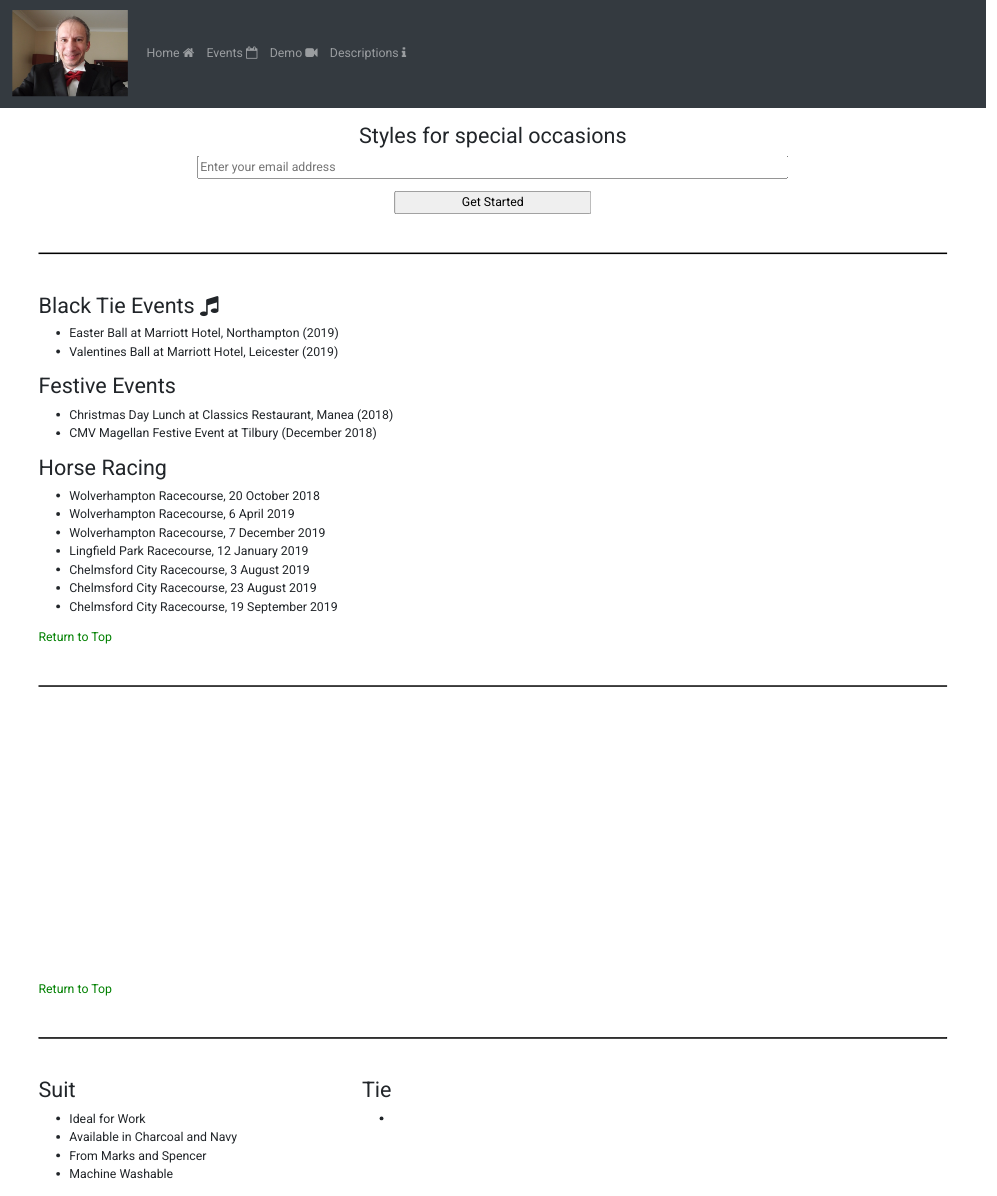
Repository: derektypist/product-landing-page
Page: index.html
The author's editor kept a record of every edit. The page is drawn from the files as they stood at one moment, then again after the next edit.
The browser window is 1280 px wide. The page is 1295 px wide, so the pictures cover 1295 px, including what lies to the right of the window. The pictures show the whole page, at 77% of full size.
Pictures or frames that could not be fetched are drawn as grey boxes.

Above is the page before.

### index.html
<!DOCTYPE html>
<html lang="en">

<head>
    <meta charset="UTF-8">
    <meta name="viewport" content="width=device-width, initial-scale=1.0">
    <meta http-equiv="X-UA-Compatible" content="ie=edge">
    <title>Product Landing Page</title>
    <!-- Load Style Sheets -->
    <link rel="stylesheet" href="https://maxcdn.bootstrapcdn.com/bootstrap/4.4.1/css/bootstrap.min.css" integrity="sha384-Vkoo8x4CGsO3+Hhxv8T/Q5PaXtkKtu6ug5TOeNV6gBiFeWPGFN9MuhOf23Q9Ifjh" crossorigin="anonymous">
    <link rel="stylesheet" href="https://maxcdn.bootstrapcdn.com/font-awesome/4.7.0/css/font-awesome.min.css" type="text/css" />
    <link href="https://fonts.googleapis.com/css?family=Roboto&display=swap" rel="stylesheet">
    <style>

        /* Main Body */

        #mainbody {
            font-family: "Roboto", Arial, Verdana, sans-serif;
            padding-top: 150px;
        }

        /* Header and Navigation */

        #header {
            padding-bottom: 10px;
        }

        #header-img {
            max-height: 112px;
        }

        #nav-bar {
            padding-bottom: 10px;
        }

        a {
            text-decoration: none;
            color: green;
        }

        a:hover {
            text-decoration: none;
            color: fuchsia;
        }

        /* Form */

        #form {
            text-align: center;
            width: 100%;
            display: block;
            margin: auto;
        }

        input {
            width: 60%;
        }

        input[type=submit] {
            width: 20%;
        }

        /* Horizontal Rule */

        hr {
            border: 1px solid black;
            margin: 50px;
        }



        /* Events */

        #events {
            margin-left: 50px;
        }

        /* Demo */

        #demo {
            margin-left: 50px;
        }

        #video {
            max-width: 100%;
            display: block;
            margin: auto;
        }

        /* Descriptions */

        #descriptions {
            margin-left: 50px;
        }

    </style>
</head>

<body id="mainbody">
    <!-- Set Up Header -->
    <header id="header">
        <!-- Set Up Navigation with Image -->
        <nav class="navbar navbar-expand navbar-dark bg-dark fixed-top" id="nav-bar">
            <a class="navbar-brand" href="index.html"><img src="derek.JPG" title="Derek Dhammaloka" alt="Derek Dhammaloka" id="header-img"></a>
            <button class="navbar-toggler" type="button" data-toggle="collapse" data-target="navbarSupportedContent" aria-controls="navbarSupportedContent" aria-expanded="false" aria-label="Toggle navigation">
    <span class="navbar-toggler-icon"></span>
  </button>
            <div class="collapse navbar-collapse" id="navbarSupportedContent">
                <ul class="navbar-nav mr-auto">
                    <li class="nav-item">
                        <a class="nav-link" href="#top">Home <i class="fa fa-home" aria-hidden="true"></i></a>
                    </li>
                    <li class="nav-item">
                        <a class="nav-link" href="#events">Events <i class="fa fa-calendar-o" aria-hidden="true"></i></a>
                    </li>
                    <li class="nav-item">
                        <a class="nav-link" href="#demo">Demo <i class="fa fa-video-camera" aria-hidden="true"></i></a>
                    </li>
                    <li class="nav-item">
                        <a class="nav-link" href="#descriptions">Descriptions <i class="fa fa-info" aria-hidden="true"></i></a>
                    </li>
                </ul>
        </nav>
    </header>

    <!-- Set Up Main Content -->
    <main>
        <!-- Set Up Form -->
        <form action="https://www.freecodecamp.com/email-submit" id="form" target="_blank">
            <h3>Styles for special occasions</h3>
            <!-- Set Up Email Field -->
            <input type="email" id="email" name="email" placeholder="Enter your email address">
            <p></p>
            <!-- Set Up Submit Button -->
            <input type="submit" id="submit" value="Get Started">
        </form>

        <!-- Provide Horizontal Rule -->
        <hr>
        <!-- Provide Section for Events -->
        <section id="events">
            <!-- Provide Article for Black Tie Events -->
            <article>
                <p></p>
                <h3>Black Tie Events <i class="fa fa-music" aria-hidden="true"></i></h3>
                <!-- Provide List Items -->
                <ul>
                    <li>Easter Ball at Marriott Hotel, Northampton (2019)</li>
                    <li>Valentines Ball at Marriott Hotel, Leicester (2019)</li>
                </ul>
            </article>

            <!-- Provide Article for Festive Events -->
            <article>
                <p></p>
                <h3>Festive Events</h3>
                <!-- Provide List Items -->
                <ul>
                    <li>Christmas Day Lunch at Classics Restaurant, Manea (2018)</li>
                    <li>CMV Magellan Festive Event at Tilbury (December 2018)</li>
                </ul>
            </article>

            <!-- Provide Article for Horse Racing Events -->
            <article>
                <p></p>
                <h3>Horse Racing</h3>
                <!-- Provide List Items -->
                <ul>
                    <li>Wolverhampton Racecourse, 20 October 2018</li>
                    <li>Wolverhampton Racecourse, 6 April 2019</li>
                    <li>Wolverhampton Racecourse, 7 December 2019</li>
                    <li>Lingfield Park Racecourse, 12 January 2019</li>
                    <li>Chelmsford City Racecourse, 3 August 2019</li>
                    <li>Chelmsford City Racecourse, 23 August 2019</li>
                    <li>Chelmsford City Racecourse, 19 September 2019</li>
                </ul>

                <!-- Provide link to return to top -->
                <a href="#top" title="Return to Top">Return to Top</a>


            </article>
        </section>

        <!-- Provide Horizontal Rule -->
        <hr>


        <!-- Provide Section for Demo -->
        <section id="demo">
            <!-- Set Up Video using iframe -->
            <iframe id="video" width="560" height="315" src="https://www.youtube.com/embed/RiHd1c3qDkE" frameborder="0" allow="accelerometer; autoplay; encrypted-media; gyroscope; picture-in-picture" allowfullscreen></iframe>

            <p></p>
            <!-- Provide link to return to top -->
            <a href="#top" title="Return to Top">Return to Top</a>
        </section>

        <!-- Provide Horizontal Rule -->
        <hr>

        <!-- Provide Section for Descriptions -->
        <section id="descriptions">
            <article class="row">
                <article class="col-sm-4">
                <h3>Suit</h3>
                <ul>
                    <li>Ideal for Work</li>
                    <li>Available in Charcoal and Navy</li>
                    <li>From Marks and Spencer</li>
                    <li>Machine Washable</li>
                </ul>
            </article>
            <article class="col-sm-4">
                <h3>Tie</h3>
                <ul>
                    <li></li>
                </ul>
            </article>
            <article class="col-sm-4"></article>
            </article>

        </section>
    </main>
</body>

</html>

After the next edit:
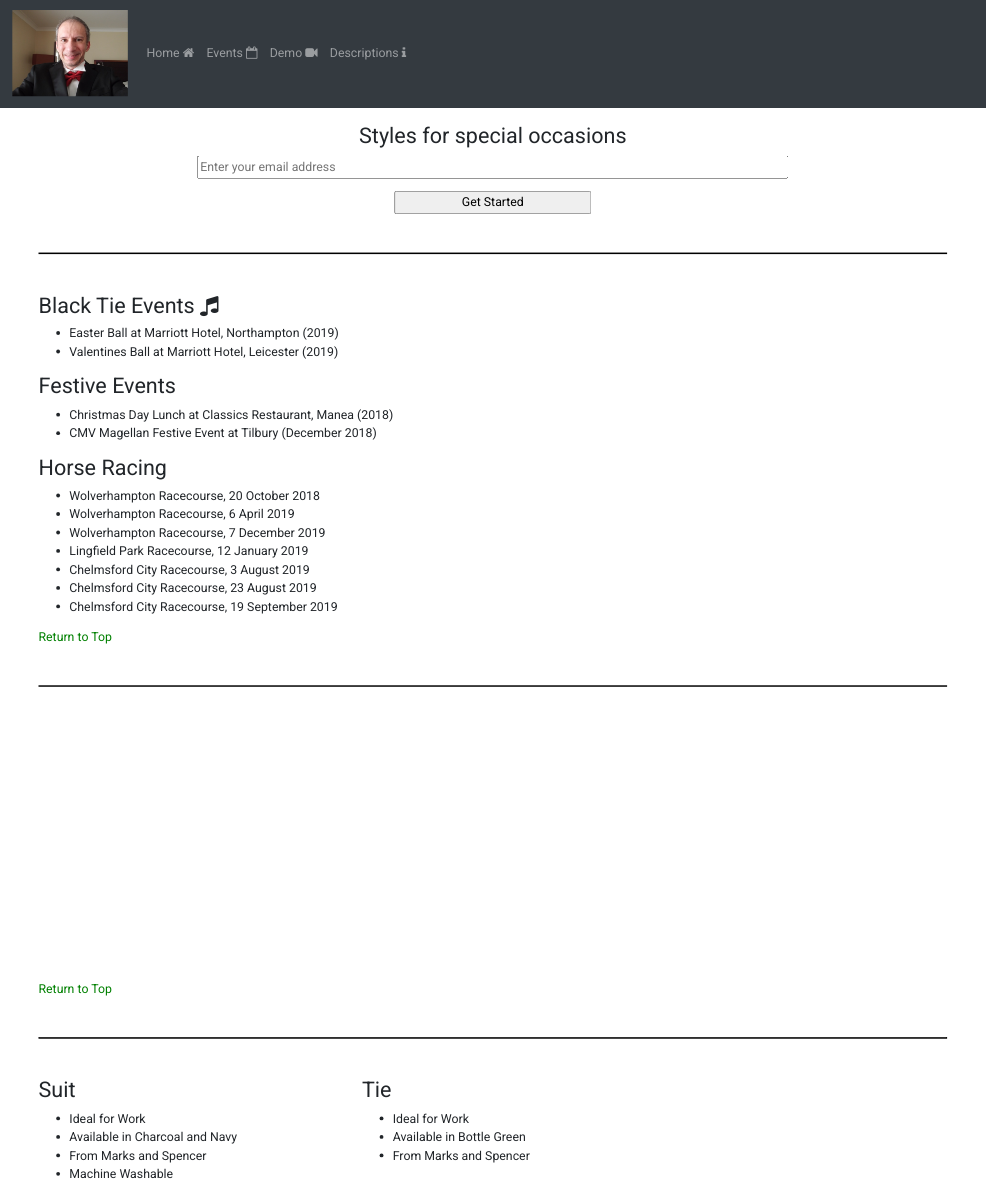
The edit:
--- a/index.html
+++ b/index.html
@@ -215,7 +215,9 @@
             <article class="col-sm-4">
                 <h3>Tie</h3>
                 <ul>
-                    <li></li>
+                    <li>Ideal for Work</li>
+                    <li>Available in Bottle Green</li>
+                    <li>From Marks and Spencer</li>
                 </ul>
             </article>
             <article class="col-sm-4"></article>
